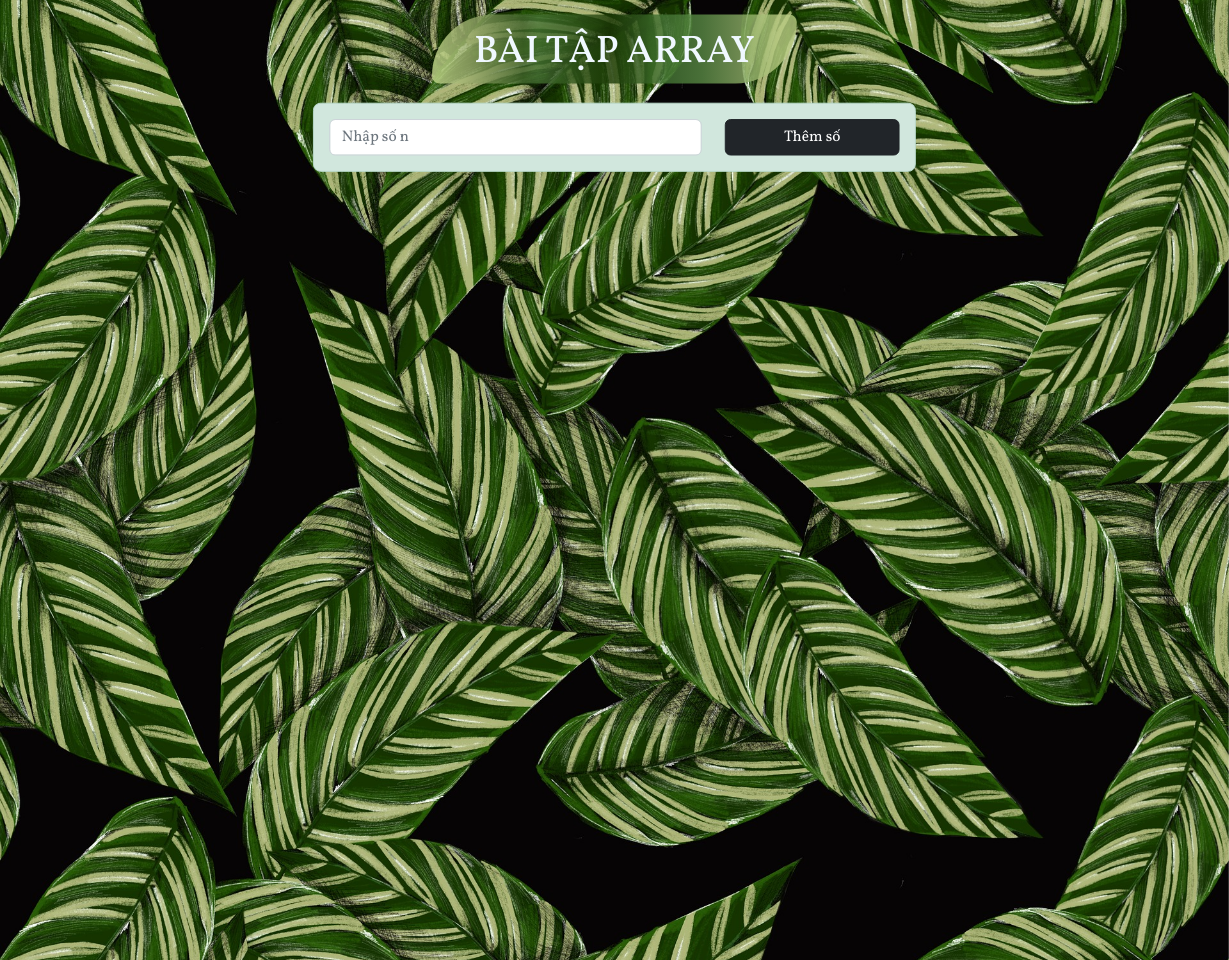
Repository: hcozyph/TranHuuPhuoc_BC43_BT_JS_Buoi7_8_ARRAY
Page: index.html
These files come from the project's save history. The page is drawn as it stood at one moment and after the next save; the edit follows.
The browser window is 1280 px wide. The pictures show the whole page, at 96% of full size.

Above is the page before, as saved 2023-02-20 22:25:43.

### index.html
<!DOCTYPE html>
<html lang="en">
    <head>
        <title>BT Array</title>
        <!-- Required meta tags -->
        <meta charset="utf-8" />
        <meta
            name="viewport"
            content="width=device-width, initial-scale=1, shrink-to-fit=no"
        />
        <!-- font -->
        <link rel="preconnect" href="https://fonts.googleapis.com" />
        <link rel="preconnect" href="https://fonts.gstatic.com" crossorigin />
        <link
            href="https://fonts.googleapis.com/css2?family=Fraunces:ital,opsz,wght@0,9..144,600;0,9..144,700;1,9..144,300;1,9..144,400;1,9..144,500;1,9..144,600;1,9..144,700;1,9..144,800&family=Vollkorn:ital,wght@0,400;0,500;0,600;0,700;0,800;0,900;1,400;1,500;1,600;1,700;1,800;1,900&display=swap"
            rel="stylesheet"
        />
        <!-- Bootstrap CSS v5.2.1 -->
        <link
            href="https://cdn.jsdelivr.net/npm/bootstrap@5.2.1/dist/css/bootstrap.min.css"
            rel="stylesheet"
            integrity="sha384-iYQeCzEYFbKjA/T2uDLTpkwGzCiq6soy8tYaI1GyVh/UjpbCx/TYkiZhlZB6+fzT"
            crossorigin="anonymous"
        />

        <!-- index.css -->
        <link rel="stylesheet" href="./css/index.css" />
    </head>

    <body>
        <div class="container">
            <div class="bt-array-top">
                <div class="bt-array-title pt-2">
                    <h1 class="text-center p-2">BÀI TẬP ARRAY</h1>
                </div>

                <div
                    class="alert alert-success w-50 text-center d-block rounded-3"
                    style="margin: 20px auto"
                >
                    <div class="row row-cols-3">
                        <div class="col-8">
                            <input
                                type="number"
                                class="form-control"
                                id="userInput"
                                placeholder="Nhập số n"
                                style="height: 100%"
                            />
                        </div>
                        <div class="col">
                            <button
                                class="btn btn-dark"
                                style="height: 100%; width: 100%"
                            >
                                Thêm số
                            </button>
                        </div>
                    </div>
                </div>
            </div>

            <div class="bt-array-content">
                <div class=""></div>
                <div class="bt1"></div>
            </div>
        </div>

        <!-- Bootstrap JavaScript Libraries -->
        <script
            src="https://cdn.jsdelivr.net/npm/@popperjs/core@2.11.6/dist/umd/popper.min.js"
            integrity="sha384-oBqDVmMz9ATKxIep9tiCxS/Z9fNfEXiDAYTujMAeBAsjFuCZSmKbSSUnQlmh/jp3"
            crossorigin="anonymous"
        ></script>

        <script
            src="https://cdn.jsdelivr.net/npm/bootstrap@5.2.1/dist/js/bootstrap.min.js"
            integrity="sha384-7VPbUDkoPSGFnVtYi0QogXtr74QeVeeIs99Qfg5YCF+TidwNdjvaKZX19NZ/e6oz"
            crossorigin="anonymous"
        ></script>

        <!-- method.js -->
        <link rel="stylesheet" href="./js/method.js" />

        <!-- index.js -->
        <script src="./js/index.js"></script>
    </body>
</html>

### css/index.css
* {
    margin: 0;
    padding: 0;
    box-sizing: border-box;
    font-family: "Fraunces", serif;
    font-family: "Vollkorn", serif;
}

.container {
    margin: 0 auto;
    max-width: 1440px;

    background-image: url(../img/2.jpg);
    background-size: cover;
    background-position: center;
    background-repeat: no-repeat;

    height: 1000px;
    padding-top: 15px;
}

.bt-array-title {
    display: block;
    width: 380px;
    margin: 0 auto;
    border-radius: 80px 10px 80px 10px;

    font-size: 40px;
    font-weight: 700;
    /* background-color: red; */
    color: aliceblue;
    background: rgb(156, 173, 110);
    background: linear-gradient(
        90deg,
        rgba(198, 219, 142, 0.8) 0%,
        rgba(156, 173, 110, 0.8) 10%,
        rgba(60, 94, 39, 0.8) 25%,
        rgba(68, 112, 49, 0.8) 29%,
        rgba(27, 57, 5, 0.8) 49%,
        rgba(66, 114, 50, 0.8) 63%,
        rgba(90, 139, 69, 0.8) 74%,
        rgba(184, 203, 130, 0.8) 95%
    );
}

/* .bt-array-content {
} */

Loaded but not shown: js/index.js (no copy from this time; the picture is the same without it); js/method.js (no stored copy; drawn as an empty file)

After the next save:
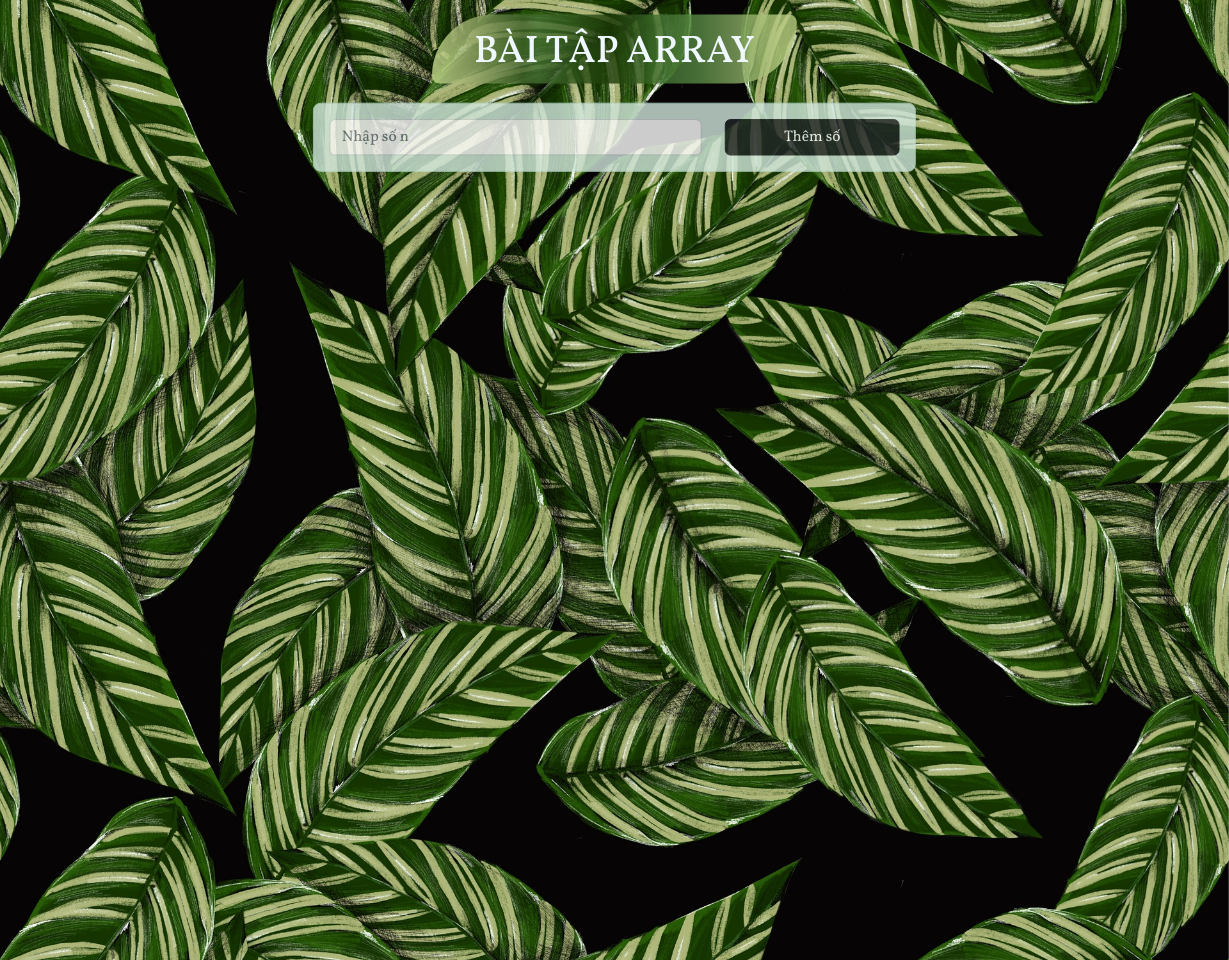
Saved 2 min 49 s later.
--- a/index.html
+++ b/index.html
@@ -36,7 +36,7 @@
 
                 <div
                     class="alert alert-success w-50 text-center d-block rounded-3"
-                    style="margin: 20px auto"
+                    style="margin: 20px auto; opacity: 0.8"
                 >
                     <div class="row row-cols-3">
                         <div class="col-8">

After the save that followed:
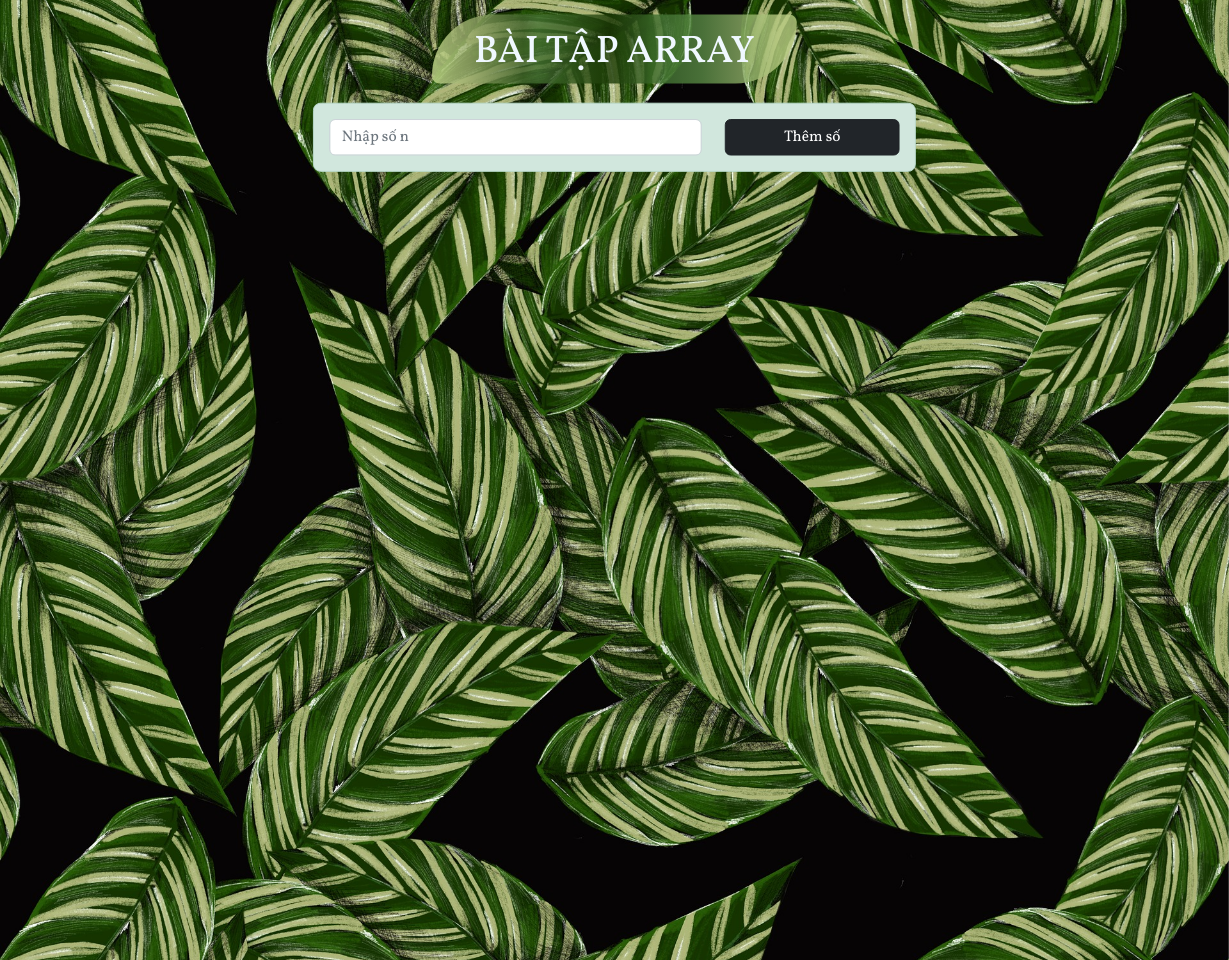
Saved 5 s later.
--- a/index.html
+++ b/index.html
@@ -36,7 +36,7 @@
 
                 <div
                     class="alert alert-success w-50 text-center d-block rounded-3"
-                    style="margin: 20px auto; opacity: 0.8"
+                    style="margin: 20px auto"
                 >
                     <div class="row row-cols-3">
                         <div class="col-8">
